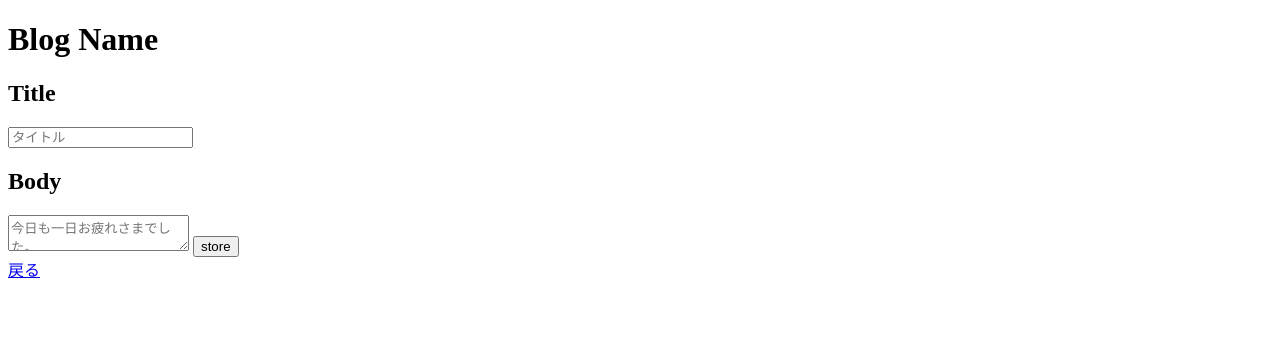
Repository: moto1111/7-1
Page: http://localhost/posts/create
The author's editor kept a record of every edit. The page is drawn from the files as they stood at one moment, then again after the next edit.
The browser window is 1280 px wide. The pictures show the whole page.
The page is served by the project's Laravel application, run on PHP 8.4 with Laravel 9.

Above is the page before.

After the next edit:
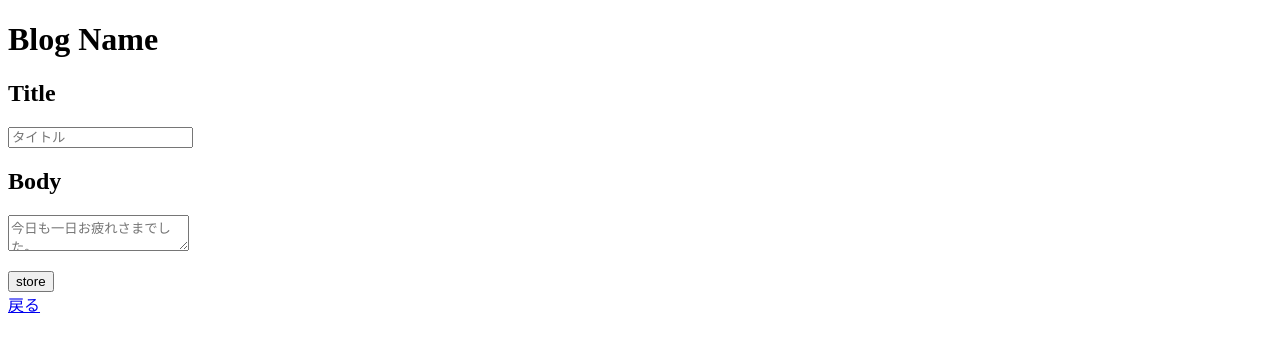
The edit:
--- a/blog/resources/views/posts/create.blade.php
+++ b/blog/resources/views/posts/create.blade.php
@@ -20,6 +20,7 @@
            <dive class="body">
                <h2>Body</h2>
                <textarea name "post[body]" placeholder="今日も一日お疲れさまでした。"></textarea>
+               <p class="body__error" style="color:red">{{ $errors->first('post.body') }}</p>
            </dive>
            <input type="submit" value="store">
        </form>
